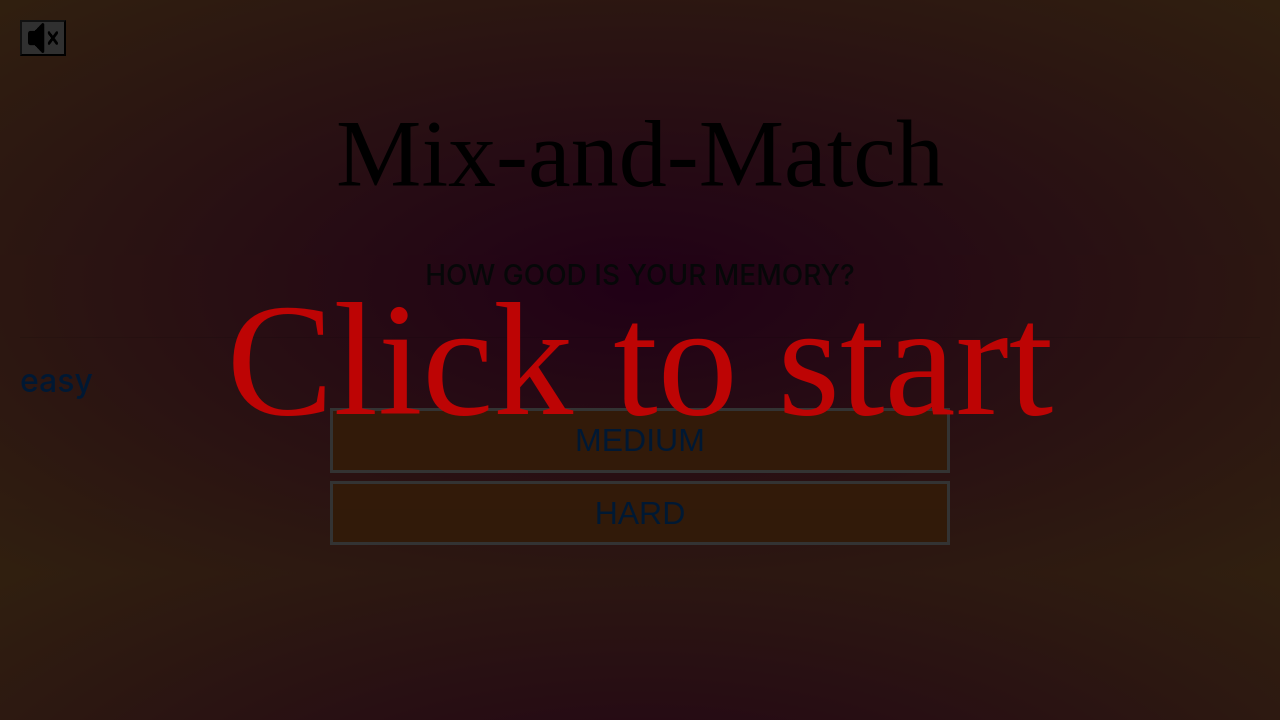
Repository: ayaanh221/memory-gam
Page: index.html
The author's editor kept a record of every edit. The page is drawn from the files as they stood at one moment, then again after the next edit.
The browser window is 1280 px wide. The pictures show the whole page.
Some web libraries are served in a nearby version.

Above is the page before.

After the next edit:
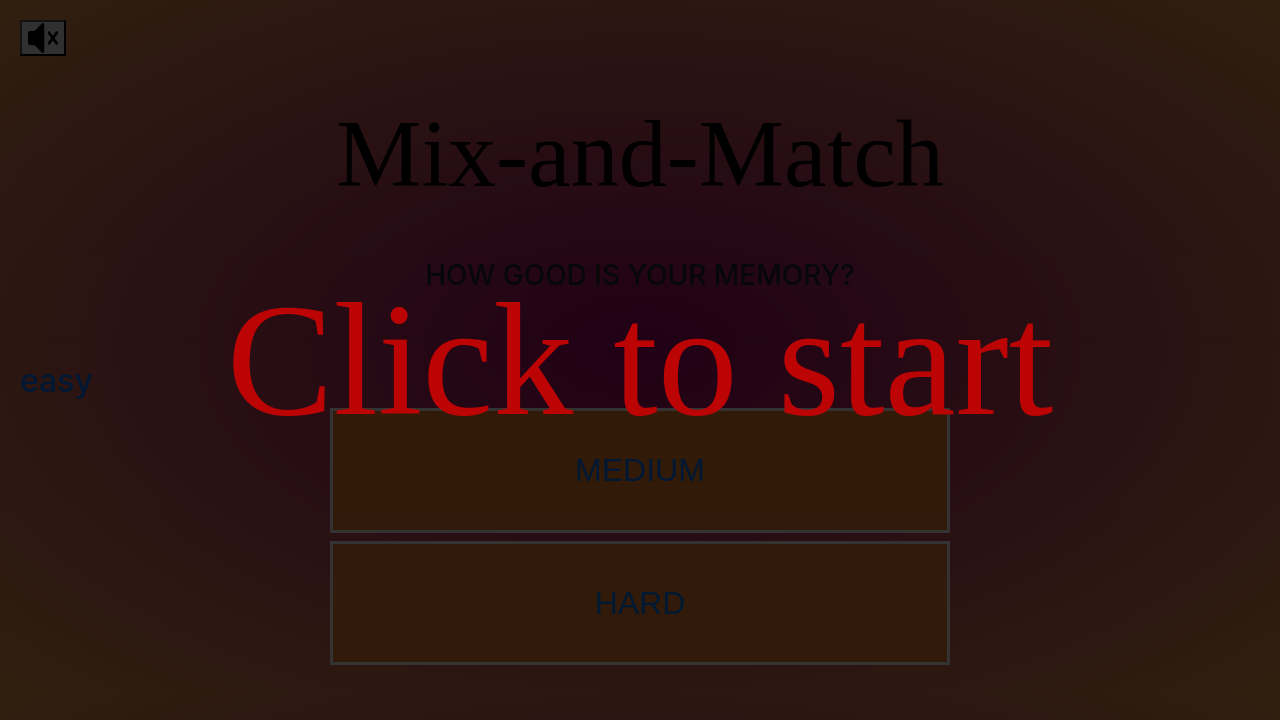
The edit:
--- a/assets/css/style.css
+++ b/assets/css/style.css
@@ -49,7 +49,7 @@
 
   width: 50%;
   border: 3px solid white;
-  padding: 10px;
+  padding: 40px;
   text-decoration: none;
   background-color: #f7822f;
   margin-left: auto;
